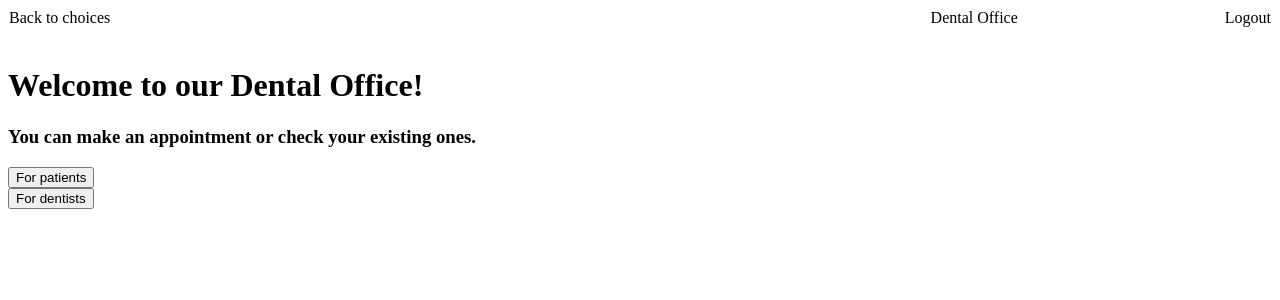
Repository: ThEgIGN/DentalOfficeWebApplication
Page: http://localhost/DentalOfficeWEB/
An editor plug-in stored every save of this project. The page is shown before and after the next save, followed by the edit.
The browser window is 1280 px wide. The pictures show the whole page.
The page is served by Tomcat 9. Nobody is signed in. The application's start-up code is not run.

Above is the page before, as saved 2023-06-16 10:10:37.

After the next save:
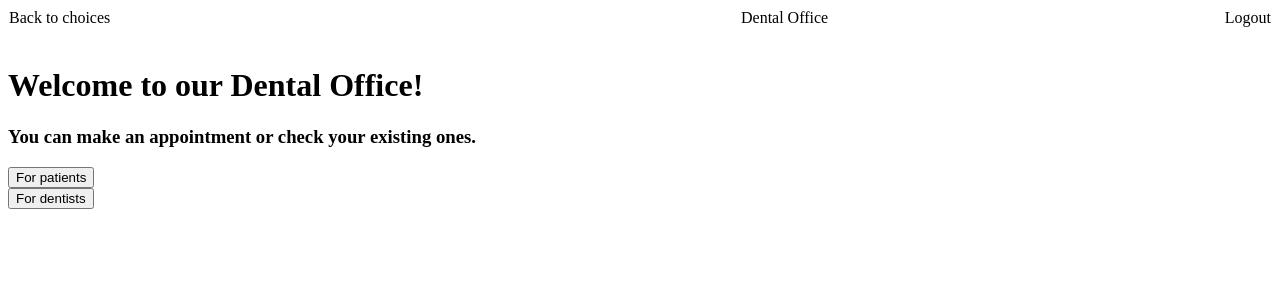
Saved 8 s later.
--- a/DentalOfficeProject/DentalOfficeWEB/src/main/webapp/index.jsp
+++ b/DentalOfficeProject/DentalOfficeWEB/src/main/webapp/index.jsp
@@ -11,7 +11,7 @@
 		style="width: 100%; border-collapse: collapse;">
 		<tr>
 			<td style="text-align: left">Back to choices</td>
-			<td style="text-align: right">Dental Office</td>
+			<td style="text-align: center">Dental Office</td>
 			<td style="text-align: right">Logout</td>
 		</tr>
 	</table>
